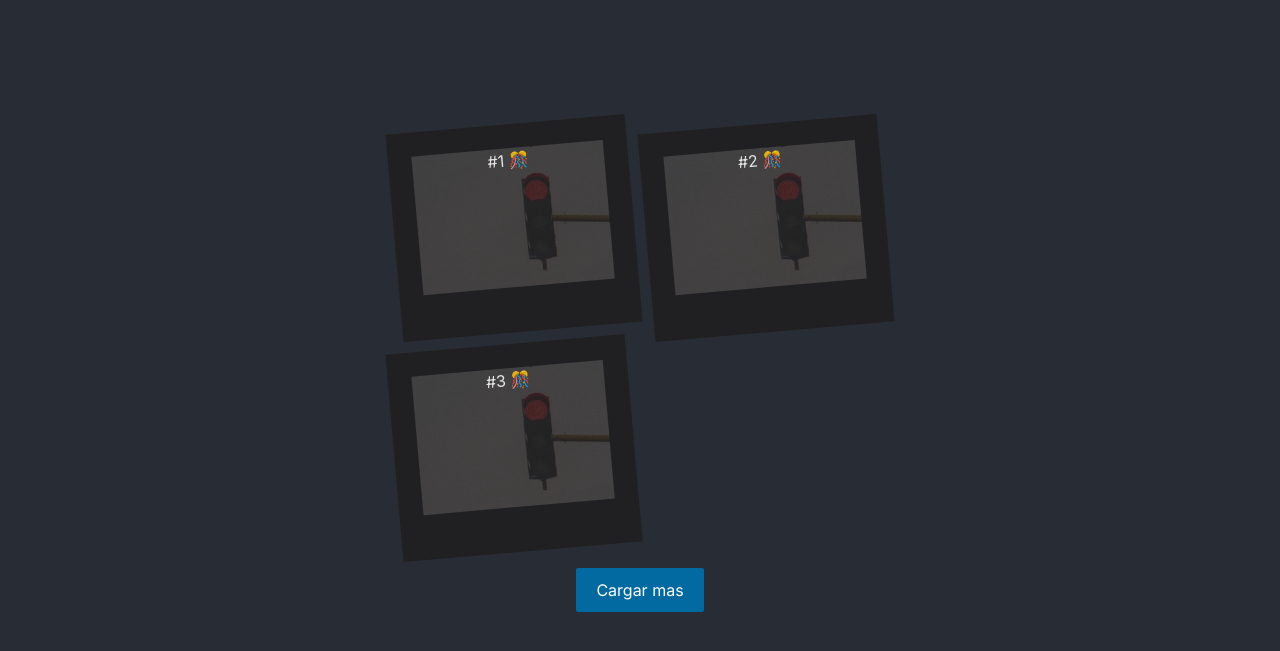
Repository: devsecops-node/simple-play
Page: /recomendations
These files come from the project's save history. The page is drawn as it stood at one moment and after the next save; the edit follows.
The browser window is 1280 px wide. The pictures show the whole page.
The project was rebuilt for these pictures with package versions that can differ from the ones it lists, and the page was loaded fresh each time. The framework's server and built-in components were replaced by stand-ins that run in the browser. Also part of the build but not shown: next.config.mjs.

Above is the page before, as saved 2024-06-21 20:14:20.

### src/app/recomendations/page.tsx
"use client"
import React from 'react'
import Container from '../_components/Container'
import Card from '../_components/Card'
import styles from "../_styles/cards.module.css"
import { useState, useRef } from 'react'

export interface RecomendationUI2 {
  id: number
  recomenda: string
  imagen: string
}

const page = () => {
  const [hover, setHover] = useState(false);
  const [count, setCount] = useState(0)
  const recom: RecomendationUI2[] = [
    { id: 1, imagen: '/semaforo.jpg', recomenda: 'Cuando sonries, el mundo entero se detiene, porque no puedes verlo ⭐' },
    { id: 2, imagen: '/semaforo.jpg', recomenda: 'Si me preguntas que si te ves bien, diria que no hay nada que cambiaria, eres increible, tal como eres. Asi que si puedes' },
    { id: 3, imagen: '/semaforo.jpg', recomenda: 'Ya deja de preocuparte, recuerda que' }]

  const rightMove = () => {
    console.log(count)
    if (count < 0) {
      setCount(count + 1)
    }
    setCount(count + 1)
  }

  const leftMove = () => {
    console.log(count)
    if (count < 0) {
      setCount(count - 1)
    }
  }
  return (
    <Container>
      <div className={styles.container}>
        <div className={styles.cards}>
          {recom.map((dat) => (
            <Card key={dat.id} recomenda={dat} />
          ))}
        </div>

      </div>
      <p className={`self-center z-10 transition-all duration-150 tracking-tighter text-[15px] font-bold  ${(count % 3 === 0 && count > 0) ? 'block' : 'hidden'}`}>No se puede <span className='text-red-500'>Cargar Mas</span> si no haces click</p>
      <button
        onMouseEnter={() => rightMove()}
        onTouchStart={() => rightMove()}
        className={`px-1 py-1 bg-sky-700 rounded-sm ${styles.animation_button}  ${(count % 3 === 0) ? styles.midle : (count % 2 === 0) ? styles.start : styles.final}`}
      >
        Cargar mas
      </button>
    </Container>
  )
}

export default page

### src/app/globals.css
@tailwind base;
@tailwind components;
@tailwind utilities;

:root {
  --foreground-rgb: 0, 0, 0;
  --background-start-rgb: 214, 219, 220;
  --background-end-rgb: 255, 255, 255;
}

@media (prefers-color-scheme: dark) {
  :root {
    --foreground-rgb: 255, 255, 255;
    --background-start-rgb: 0, 0, 0;
    --background-end-rgb: 0, 0, 0;
  }
}

body {
  color: rgb(var(--foreground-rgb));
  background: linear-gradient(to bottom,
      transparent,
      rgb(var(--background-end-rgb))) rgb(var(--background-start-rgb));
}

@layer utilities {
  .text-balance {
    text-wrap: balance;
  }
}

input {
  color: black;
  padding: 3px 5px;
  border-radius: 0.125rem;
  -webkit-border-radius: 0.125rem;
  -moz-border-radius: 0.125rem;
  -ms-border-radius: 0.125rem;
  -o-border-radius: 0.125rem;
  font-size: 15px;
  border: none;
}

input[type=text]:focus {
  outline: 2px solid #0284c7;
}
/* Resource for Card */

### src/app/_components/Container.tsx
import React from 'react'

const Container = ({ children }: { children: React.ReactNode }) => {
  return (
    <div className='bg-[#282c34] h-screen text-white flex flex-col items-center justify-center'>
      {children}
    </div>
  )
}

export default Container

### src/app/_components/Card.tsx
"use client"
import React, { useState } from 'react'
import styles from "../_styles/cards.module.css"
import { RecomendationUI2 } from '../recomendations/page'

// h-[120px] w-[200px] cursor-pointer p-4 rounded-md bg-white shadow-md text-black transition-all duration-150 hover:scale-105
const Card = ({ recomenda }: { recomenda: RecomendationUI2 }) => {
  const [status, setStatus] = useState(false)
  return (
    <div className={styles.card} onMouseEnter={() => setStatus(true)} onMouseLeave={() => setStatus(false)}>
      <img src={`${recomenda.imagen}`} alt="not founf" className={styles.imagen} />
      <h2 className={styles.card_title}>#{recomenda.id} 🎊</h2>
      {status ? (<p className={styles.texto}>{recomenda.recomenda}</p>) : null}
    </div>
  )
}

export default Card

### src/app/_styles/cards.module.css
.container {
  /* width: 100%; */
  padding: 1rem 0;
  display: grid;
  place-content: center;

  .cards {
    display: grid;
    grid-template-columns: repeat(2, 1fr);
    gap: 0.75rem;
    pointer-events: none;
  }
}

.card {
  position: relative;
  z-index: 10;
  height: 13rem;
  width: 15rem;
  color: #ffffffda;
  padding: 1.5rem;
  background-color: #202022;
  pointer-events: auto;
  opacity: 1;
  transition: all 0.5s ease-in-out;
  display: flex;
  justify-items: center;
  align-items: center;
  flex-direction: column;
  -webkit-transition: all 0.5s ease-in-out;
  -moz-transition: all 0.5s ease-in-out;
  -ms-transition: all 0.5s ease-in-out;
  -o-transition: all 0.5s ease-in-out;
  transform: rotate(-5deg);
}

.imagen{
  z-index: 0;
  opacity: 0.2;
}

@media(max-width:720px){
  .card{
    min-height: 8rem;
    width: 10rem;
    overflow-y: scroll;
  }
  .texto{
    letter-spacing: -0.05em;
    font-size: 12px;
  }
}

.card:hover {
  transform: scale(1.2);
  -webkit-transform: scale(1.2);
  -moz-transform: scale(1.2);
  -ms-transform: scale(1.2);
  -o-transform: scale(1.2);
  border: 1px solid wheat;
  z-index: 10;
}
.card_title{
  position: absolute;
  margin: auto 0;
}
.animation_button{
  padding: 10px 20px;
  font-size: 16px;
  cursor: pointer;
  position: relative;
  transition: transform 0.5s ease;
  -webkit-transition: transform 0.5s ease;
  -moz-transition: transform 0.5s ease;
  -ms-transition: transform 0.5s ease;
  -o-transition: transform 0.5s ease;
}
.animation_button {
  transition: all 0.5s ease-in-out;
  align-self: center;
  -webkit-transition: all 0.5s ease-in-out;
  -moz-transition: all 0.5s ease-in-out;
  -ms-transition: all 0.5s ease-in-out;
  -o-transition: all 0.5s ease-in-out;
}
.start{
  align-self: flex-start;
  background-color: red;
}
.middle{
  align-self: center;
  background-color: blue;
}
.final{
  align-self: self-end;
  background-color: green;
}

Loaded but not shown: src/app/layout.tsx (common file); tailwind.config.ts (common file)

After the next save:
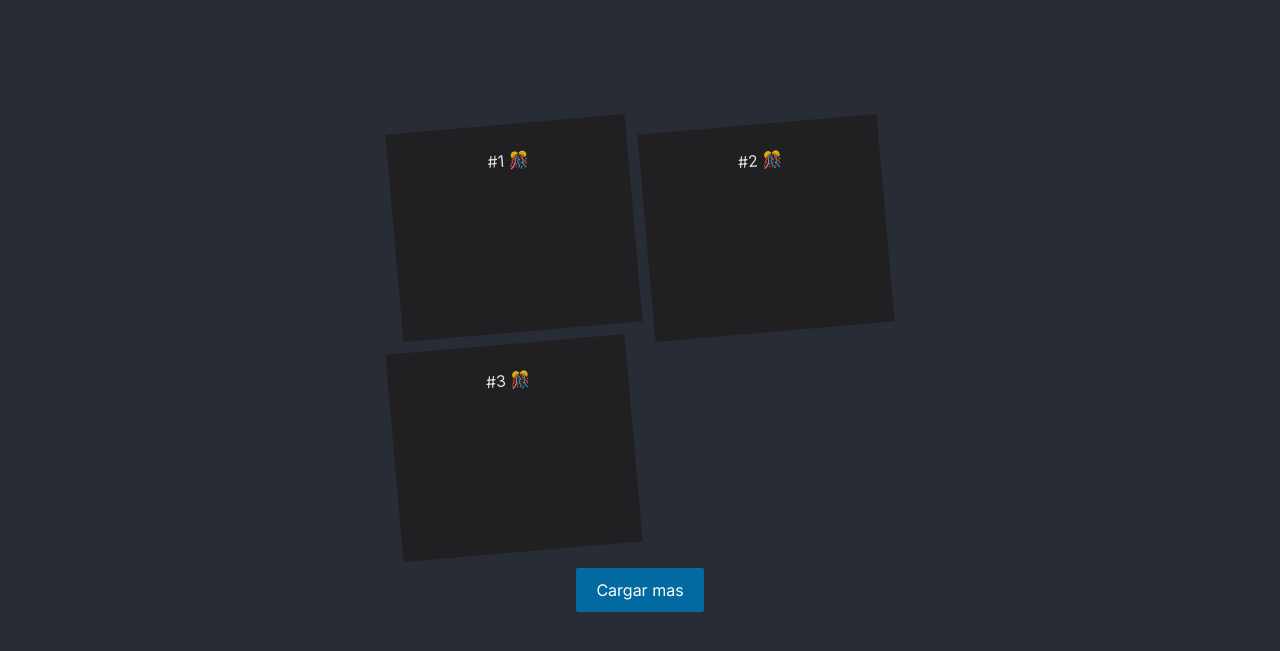
Saved 25 s later.
--- a/src/app/_components/Card.tsx
+++ b/src/app/_components/Card.tsx
@@ -8,7 +8,6 @@ const Card = ({ recomenda }: { recomenda: RecomendationUI2 }) => {
   const [status, setStatus] = useState(false)
   return (
     <div className={styles.card} onMouseEnter={() => setStatus(true)} onMouseLeave={() => setStatus(false)}>
-      <img src={`${recomenda.imagen}`} alt="not founf" className={styles.imagen} />
       <h2 className={styles.card_title}>#{recomenda.id} 🎊</h2>
       {status ? (<p className={styles.texto}>{recomenda.recomenda}</p>) : null}
     </div>
